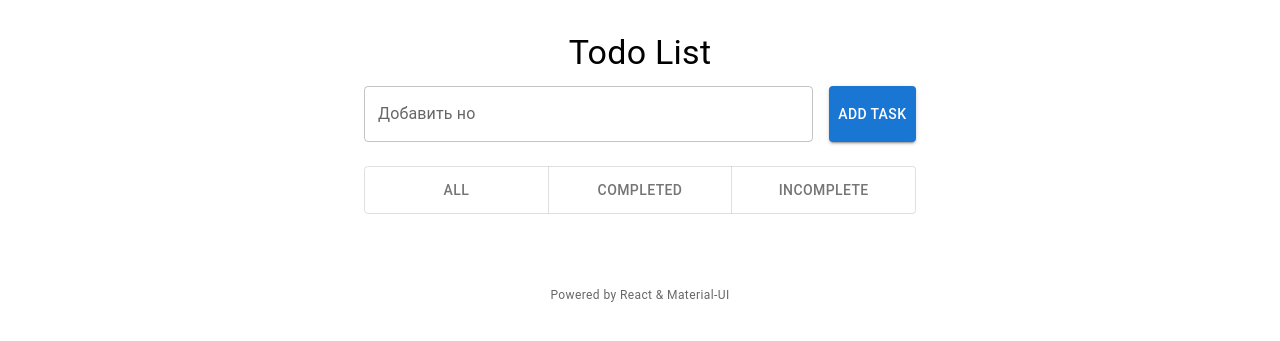
Repository: tobiaskoira/simple_web_service
Page: / (app in client/)
The author's editor kept a copy of each file at every save. The page is drawn from the files as they stood at one save, then again after the next save.
The browser window is 1280 px wide. The pictures show the whole page.
The page's requests for data from a server got no answer. The project was rebuilt for these pictures with package versions that can differ from the ones it lists, and the page was loaded fresh each time. No one was signed in, and anything a server would have sent is missing.

Above is the page before, as saved 2024-12-22 23:29:30.

After the next save:
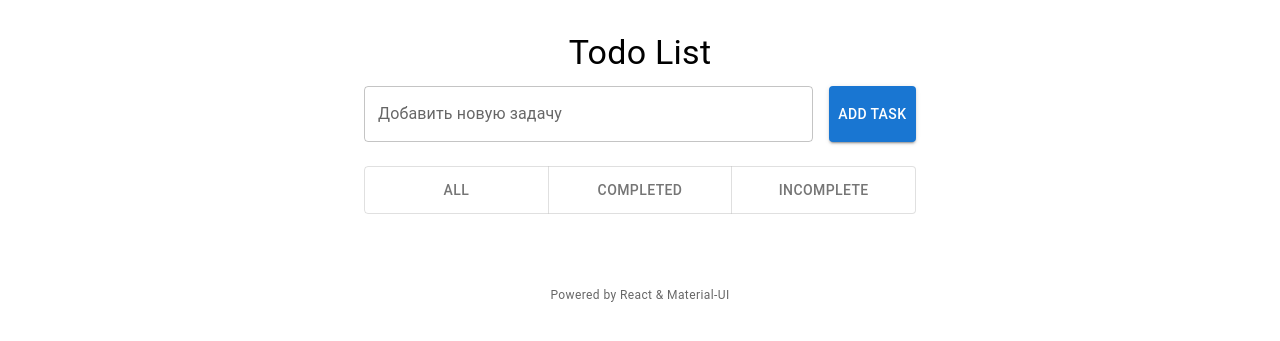
Saved 8 s later.
--- a/client/src/App.js
+++ b/client/src/App.js
@@ -77,7 +77,7 @@ const App = () => {
                 <TextField
                     variant="outlined"
                     fullWidth
-                    label="Добавить но"
+                    label="Добавить новую задачу"
                     value={newTask}
                     onChange={(e) => setNewTask(e.target.value)}
                 />
